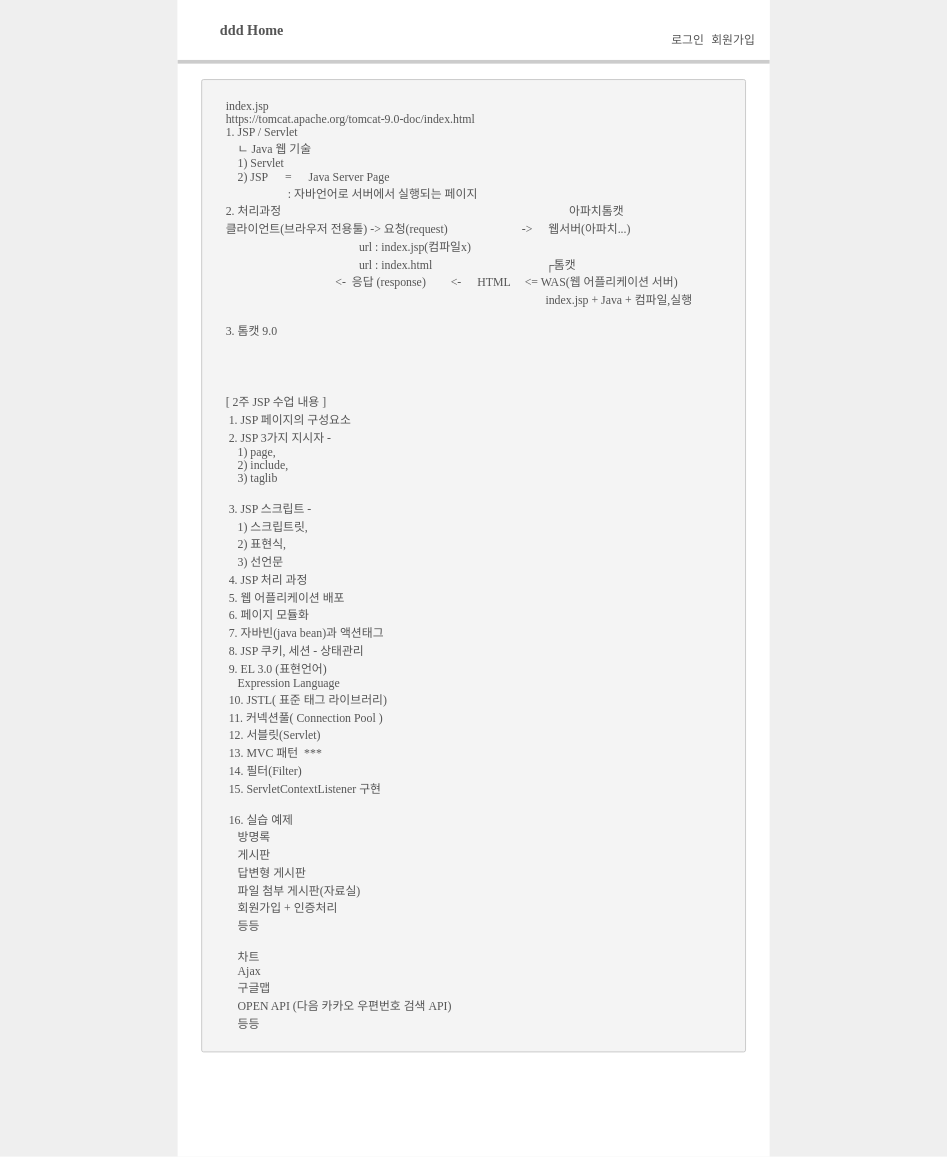
Repository: Deneb0000/JSP
Page: http://localhost/jspPro/index.jsp
The author's editor kept a copy of each file at every save. The page is drawn from the files as they stood at one save, then again after the next save.
The browser window is 1280 px wide. The pictures show the whole page, at 74% of full size.
Some web fonts or font styles are not loaded; a fallback is used. The page is served by Tomcat 9. Other server files are loaded and not shown.

Above is the page before, as saved 2024-10-15 02:06:08.

### jspPro/src/main/webapp/index.jsp
<%@ page contentType="text/html; charset=EUC-KR" pageEncoding="EUC-KR"%>
<!DOCTYPE html>
<html>
<head>
<meta charset="EUC-KR">
<title>Insert title here</title>
<link rel="shortcut icon" type="image/x-icon" href="http://localhost/jspPro/images/SiSt.ico">
<script src="https://ajax.googleapis.com/ajax/libs/jquery/3.7.1/jquery.min.js"></script>
<meta name="viewport" content="width=device-width, initial-scale=1.0">
<meta name="google" content="notranslate">
<link rel="stylesheet" href="http://localhost/jspPro/resources/cdn-main/example.css">
<script src="http://localhost/jspPro/resources/cdn-main/example.js"></script>
<style>
 span.material-symbols-outlined{
    vertical-align: text-bottom;
 }
</style>
</head>
<body>
<header>
  <h1 class="main"><a href="#" style="position: absolute;top:30px;">ddd Home</a></h1>
  <ul>
    <li><a href="#">로그인</a></li>
    <li><a href="#">회원가입</a></li>
  </ul>
</header>
<div>
  <xmp class="code">
    index.jsp
    https://tomcat.apache.org/tomcat-9.0-doc/index.html
    1. JSP / Servlet
    	ㄴ Java 웹 기술
    	1) Servlet
    	2) JSP	=	Java Server Page
    			 : 자바언어로 서버에서 실행되는 페이지
    2. 처리과정													아파치톰캣
    클라이언트(브라우저 전용툴) -> 요청(request)				->	 웹서버(아파치...)
    						 url : index.jsp(컴파일x)
    						 url : index.html			  		┌톰캣
    					 <-  응답 (response)	<-	 HTML	 <= WAS(웹 어플리케이션 서버)
    					 									index.jsp + Java + 컴파일,실행

    3. 톰캣 9.0




    [ 2주 JSP 수업 내용 ]
     1. JSP 페이지의 구성요소
     2. JSP 3가지 지시자 -
        1) page,
        2) include,
        3) taglib

     3. JSP 스크립트 -
        1) 스크립트릿,
        2) 표현식,
        3) 선언문
     4. JSP 처리 과정
     5. 웹 어플리케이션 배포
     6. 페이지 모듈화
     7. 자바빈(java bean)과 액션태그
     8. JSP 쿠키, 세션 - 상태관리
     9. EL 3.0 (표현언어)
        Expression Language
     10. JSTL( 표준 태그 라이브러리)
     11. 커넥션풀( Connection Pool )
     12. 서블릿(Servlet)
     13. MVC 패턴  ***
     14. 필터(Filter)
     15. ServletContextListener 구현

     16. 실습 예제
        방명록
        게시판
        답변형 게시판
        파일 첨부 게시판(자료실)
        회원가입 + 인증처리
        등등

        차트
        Ajax
        구글맵
        OPEN API (다음 카카오 우편번호 검색 API)
        등등
  </xmp>
</div>
</body>
</html>

### jspPro/src/main/webapp/resources/cdn-main/example.css
@charset "UTF-8";

@import url('https://fonts.googleapis.com/css2?family=Material+Symbols+Outlined:opsz,wght,FILL,GRAD@20..48,100..700,0..1,-50..200');

@font-face {
    font-family: 'GmarketSansMedium';
    src: url('https://cdn.jsdelivr.net/gh/projectnoonnu/noonfonts_2001@1.1/GmarketSansMedium.woff') format('woff');
    font-weight: normal;
    font-style: normal;
}

:root {
	--text-color: #555;
	--sub-text-color: #777;
	--back-color: #EFEFEF;
	--header-color: #444;
	--primary-color: #DEDEDE;
	--secondary-color: #EFEFEF;
	--default-width: 800px;
	--narrow-width: 500px;
	--wide-width: 1200px;
	--text-font: 'GmarketSansMedium';
	--icon-font: 'Material Symbols Outlined';
	--border-color: #CCC;
}

html, body {
	margin: 0;
	padding: 0;
}

html {
	background-color: var(--back-color);
	display: flex;
	justify-content: center;
	min-height: 100vh;
}

body, body.default {
	width: var(--default-width);
	background-color: white;
	padding-bottom: 120px;
}

body.wide {
	width: var(--wide-width);
}

body.narrow {
	width: var(--narrow-width);
}



body, p, div, span, a, input, select, option, textarea, button, table, th, td, label, fieldset, legend {
	font-family: var(--text-font);
	color: var(--text-color);
}

h1, h2, h3 {
	font-family: var(--text-font);
	color: var(--header-color);
	padding: 0 1rem;
	padding-top: .5rem;
}

div > h1, div > h2, div > h3 {
	padding: 0;
}

body > div, body > main > div {
	padding: 0.3rem 1rem;
}


h1 { font-size: 2rem; border-bottom: 1px solid var(--border-color); }
h1 small { font-size: 1.2rem; color: var(--sub-text-color); }
h2 { font-size: 1.5rem; border-bottom: 1px dashed var(--border-color); }
h2 small { font-size: 1.1rem; color: --sub-text-color; }
h3 { font-size: 1.2rem; }
h3 small { font-size: 1rem; color: --sub-text-color; }



h1.main::before {
	font-family: var(--icon-font);
  	content: '\e666';
  	margin-right: 10px;
  	float: left;
	font-size: 2.5rem;
}

h1.sub::before {
	font-family: var(--icon-font);
  	content: '\ea19';
  	margin-right: 10px;
  	float: left;
	font-size: 2.5rem;
}


h1.page::before {
	font-family: var(--icon-font);
  	content: '\e0e0';
  	margin-right: 10px;
  	float: left;
	font-size: 2.5rem;
}

body > header > ul > li > .active{
	background-color: #FFF;
	color:#F00;
}

body > header {
	display: flex;
	justify-content: space-between;
	border-bottom: 5px solid var(--border-color);
	min-height: 74px;
	background-color: #FFF;
}

body > header.sticky {
	position: sticky;
	top: 0;
	z-index: 98;
}

body > header > h1 {
	font-size: 1.2rem;
	border: 0;
}

body > header.in > h1::before {
	font-family: var(--icon-font);
  	content: '\e332‥';
  	margin-right: 3px;
  	float: left;
	font-size: 2rem;
}


body > header > ul {
	list-style-type: none;
	display: flex;
	align-items: flex-end;
	margin-right: 10px;
}

body > header > ul > li {
	margin-right: 10px;
	cursor: pointer;
}

body > header > ul > li > a {
	cursor: pointer;
}


form {
	display: block;
}

form > div {
	padding: 0.3rem 1rem;
}

div > form > div {
	padding: 0.3rem 0;
}

input, textarea, button, select {
	border: 1px solid #BBB;
	border-radius: 3px;
	outline: none;
	resize: none;
	padding: 7px;
	margin: 0;
}

input[type=text]:read-only, textarea:read-only {
	cursor: not-allowed;
	background-color: #FFF;
}

input[type=text]:disabled, textarea:disabled {
	cursor: not-allowed;
	background-color: #EEE;
}

input[type=text], input[type=password], textarea, button, select {
	/* width: 300px; */
}

textarea {
	display: block;
	height: 100px;
}

input[type=button], input[type=submit], button {
	/* width: inherit; */
}

input.short, textarea.short, button.short, select.short {
	width: 100px;
}

input.long, textarea.long, button.long, select.long {
	width: 350px;
}

.narrow input.long, .narrow textarea.long, .narrow button.long, .narrow select.long {
	width: calc(100% - 20px);
}

input.full, textarea.full, button.full, select.full {
	width: calc(100% - 20px);
}

textarea.short {
	height: 50px;
}

textarea.long {
	height: 100px;
}

textarea.full {
	height: 200px;
}

input, textarea {
	padding-top: 8px;
}

input[type=button], input[type=submit], button {
	padding: 5px 10px;
	background-color: var(--secondary-color);
	cursor: pointer;
	min-height: 36px;
}

input[type=button].primary, input[type=submit].primary, button.primary {
	/* background-color: rgba(100, 149, 237, .2); */
	background-color: var(--primary-color);
}

input[type=button].primary:hover, input[type=submit].primary:hover, button.primary:hover {
	/* background-color: rgba(100, 149, 237, .3); */
	background-color: var(--secondary-color);
}

input[type=button]:hover, input[type=submit]:hover, button:hover {
	background-color: var(--primary-color);
}

button {
	position: relative;
	left: 0;
	top: 0;
	padding-left: 35px;
}

button .material-symbols-outlined {
	position: absolute;
	left: 10px;
	top: 4px;
}

/* k2nik add */
button.login::before {
	font-family: var(--icon-font);
  	content: '\ea77';
	position: absolute;
	left: 11px;
	top: 4px;
	font-size: 1.25rem;
}

/* k2nik logout */
button.logout::before {
	font-family: var(--icon-font);
  	content: '\e9ba';
	position: absolute;
	left: 11px;
	top: 4px;
	font-size: 1.25rem;
}

/* k2nik help */
button.help::before {
	font-family: var(--icon-font);
  	content: '\f1c0';
	position: absolute;
	left: 11px;
	top: 4px;
	font-size: 1.25rem;
}

button.add::before{
	font-family: var(--icon-font);
  	content: '\e746';
	position: absolute;
	left: 11px;
	top: 4px;
	font-size: 1.25rem;
}

button.back::before {
	font-family: var(--icon-font);
  	content: '\e166';
	position: absolute;
	left: 11px;
	top: 4px;
	font-size: 1.25rem;
}

button.list::before {
	font-family: var(--icon-font);
  	content: '\e0ee';
	position: absolute;
	left: 11px;
	top: 4px;
	font-size: 1.25rem;
}


button.del::before {
	font-family: var(--icon-font);
  	content: '\e872';
	position: absolute;
	left: 11px;
	top: 4px;
	font-size: 1.25rem;
}


button.edit::before {
	font-family: var(--icon-font);
  	content: '\e745';
	position: absolute;
	left: 11px;
	top: 4px;
	font-size: 1.25rem;
}


button.login::before {
	font-family: var(--icon-font);
  	content: '\ea77';
	position: absolute;
	left: 11px;
	top: 4px;
	font-size: 1.25rem;
}


button.logout::before {
	font-family: var(--icon-font);
  	content: '\e9ba';
	position: absolute;
	left: 11px;
	top: 4px;
	font-size: 1.25rem;
}


button.in::before {
	font-family: var(--icon-font);
  	content: '\f71a';
	position: absolute;
	left: 11px;
	top: 4px;
	font-size: 1.25rem;
}


button.out::before {
	font-family: var(--icon-font);
  	content: '\f70e';
	position: absolute;
	left: 11px;
	top: 4px;
	font-size: 1.25rem;
}


button.reply::before {
	font-family: var(--icon-font);
  	content: '\e15e';
	position: absolute;
	left: 11px;
	top: 4px;
	font-size: 1.25rem;
}


button.comment::before {
	font-family: var(--icon-font);
  	content: '\e0b9';
	position: absolute;
	left: 11px;
	top: 4px;
	font-size: 1.25rem;
}


button.modal::before {
	font-family: var(--icon-font);
  	content: '\e89e';
	position: absolute;
	left: 11px;
	top: 4px;
	font-size: 1.25rem;
}


button.ok::before {
	font-family: var(--icon-font);
  	content: '\e86c';
	position: absolute;
	left: 11px;
	top: 4px;
	font-size: 1.25rem;
}


button.cancel::before {
	font-family: var(--icon-font);
  	content: '\e5c9';
	position: absolute;
	left: 11px;
	top: 4px;
	font-size: 1.25rem;
}

button.search::before {
	font-family: var(--icon-font);
  	content: '\e8b6';
	position: absolute;
	left: 11px;
	top: 4px;
	font-size: 1.25rem;
}

button.home::before {
	font-family: var(--icon-font);
  	content: '\e88a';
	position: absolute;
	left: 11px;
	top: 4px;
	font-size: 1.25rem;
}


button.sidebar::before {
	font-family: var(--icon-font);
  	content: '\f7e4';
	position: absolute;
	left: 11px;
	top: 4px;
	font-size: 1.25rem;
}


button.sidebar-right::before {
	font-family: var(--icon-font);
  	content: '\f7e5';
	position: absolute;
	left: 11px;
	top: 4px;
	font-size: 1.25rem;
}




button::before {
	font-family: var(--icon-font);
  	content: '\e323';
	position: absolute;
	left: 11px;
	top: 4px;
	font-size: 1.25rem;
}


table {
	border-collapse: collapse;
	margin: 1rem;
	box-sizing: border-box;
	width: calc(100% - 32px);
}

table.content {
	width: auto;
}

div > table {
	margin: 0;
}

table th, table td {
	border: 1px solid var(--border-color);
	padding: 7px;
	font-weight: normal;
}

table th {
	background-color: var(--back-color);
}

table.vertical th {
	width: 150px;
}

table.vertical td {
	width: calc(100% - 182px);
	padding-left: 10px;
}

table.content td, table.content th {
	width: auto;
}

body.narrow table.vertical th {
	width: 100px;
}

body.narrow table.vertical td {
	width: calc(100% - 182px);
}


table + table {
	margin-top: 30px;
}


p {
	padding: 0 1rem;
}

a {
	text-decoration: none;
}

a:hover {
	color: rgba(255, 99, 71, .7);
}

hr {
	border: 0;
	border-top: 1px solid var(--border-color);
	margin: 2rem 0;
}

.message {
	border: 1px solid var(--border-color);
	background-color: #EFEFEF;
	margin: 1rem;
	width: auto;
	padding-top: 10px;
	padding-bottom: 10px;
	font-size: 14px;
}

.message[title]::before {
	content: attr(title);
	display: block;
	border-bottom: 1px solid var(--border-color);
	padding-bottom: 5px;
	margin-bottom: 10px;
	margin-top: 7px;
}

.message.short {
	max-width: 250px;
}

.message.long {
	max-width: 500px;
}

.badge {
	float: right;
	font-size: .8rem;
	margin-top: 2px;
	margin-right: 2px;
	text-shadow: 0 0 7px gray;
}

.badge.left {
	float: none;
	margin-left: 2px;
}

.badge.right {
	float: right;
}

.badge.red {
	border-radius: 50%;
	padding: 2px 5px;
	background-color: rgb(255, 99, 71, .3);
}

.badge.yellow {

	border-radius: 50%;
	padding: 2px 5px;
	background-color: rgb(255, 215, 0, .5);
}

.badge.blue {
	border-radius: 50%;
	padding: 2px 5px;
	background-color: rgb(100, 149, 237, .3);
}

label + label {
	margin-left: 7px;
}

label input[type=checkbox], label input[type=radio] {
	transform: translate(0, 1px);
}

.group {
	display: flex;
}

.modal-content .group {
	margin-bottom: .5rem;
}

.group label {
	border: 1px solid #BBB;
	border-radius: 3px;
	outline: none;
	resize: none;
	padding: 7px 14px;
	margin: 0;
	border-top-right-radius: 0;
	border-bottom-right-radius: 0;
	background-color: #EFEFEF;
	white-space: nowrap;
	font-size: 14px;
}

.group input[type=text] {
	margin-left: -1px;
	border-top-left-radius: 0;
	border-bottom-left-radius: 0;
}

.group select {
	margin-left: -1px;
	border-top-left-radius: 0;
	border-bottom-left-radius: 0;
}

.group input.full[type=text] {
	margin-left: -1px;
	border-top-left-radius: 0;
	border-bottom-left-radius: 0;
	width: 100%;
}

.group input[type=button]:first-child, .group button:first-child {
	border-top-left-radius: 3px;
	border-bottom-left-radius: 3px;
	margin-left: 0px;
}

.group input[type=button], .group button {
	border-radius: 0;
	margin-left: -1px;
}

.group input[type=button]:last-child, .group button:last-child {
	margin-left: -1px;
	border-top-right-radius: 3px;
	border-bottom-right-radius: 3px;
}

.seperate {
	display: flex;
	justify-content: space-between;
}

div.list {
	width: max-content;
	margin: 1rem;
	border: 1px solid #BBB;
	border-radius: 3px;
	padding: 0;
}

div.list.full {
	width: auto;
	display: block;
	margin: 1rem;
	border: 1px solid #BBB;
	border-radius: 3px;
	padding: 0;
}

div.list > div {
	padding: .5rem 1rem;
	margin: 0;
	border-bottom: 1px solid #BBB;
}

div.list > div:last-child {
	border-bottom: 0;
}

pre.code , xmp.code{
	font-family: consols;
	background-color: rgba(150, 150, 150, .1);
	border: 1px solid #BBB;
	border-radius: 3px;
	padding: .5rem 1rem;
	padding-bottom: .6rem;
	margin: 1rem;
}




*[data-modal-window] {
	position: fixed;
	background-color: rgba(0, 0, 0, .3);
	left: 0;
	top: 0;
	display: none;
	justify-content: center;
	align-items: flex-start;
	width: 100%;
	min-height: 100vh;
	z-index: 100;
	opacity: 0;
	transition: 500ms all;
}

*[data-modal-window] .modal-container {
	border-radius: 5px;
	padding: 1rem;
	padding-bottom: .5rem;
	margin-top: -500px;
	opacity: 0;
	width: 500px;
	background-color: #FFF;
	margin-right: 2rem;
	transition: 500ms all;
}

*[data-modal-size=content] .modal-container {
	width: auto;
}

*[data-modal-size=narrow] .modal-container {
	width: 300px;
}

*[data-modal-size=wide] .modal-container {
	width: 760px;
}


*[data-modal-window] .modal-header {
	border-bottom: 1px solid var(--border-color);
	padding: 2px 5px;
}

*[data-modal-window] .modal-content {
	padding: 1rem 5px;
}

*[data-modal-window] .modal-content div:last-child {
	margin-top: 1rem;
	text-align: right;
}



*[data-sidebar-window] {
	position: fixed;
	background-color: #FFF;
	left: 0;
	top: 0;
	display: block;
	width: 300px;
	border-right: 1px solid var(--border-color);
	box-sizing: border-box;
	box-shadow: 0 0 3px var(--back-color);
	min-height: 100vh;
	z-index: 99;
	transform: translate(-300px, 0);
	transition-duration: 500ms;
	transition-property: transform;
}

*[data-sidebar-direction=right] {
	left: auto;
	right: 0;
	transform: translate(300px, 0);
	border-left: 1px solid var(--border-color);
}

*[data-sidebar-size=wide] {
	width: 500px;
	transform: translate(-500px, 0);
}

*[data-sidebar-window] .sidebar-title {
	border-bottom: 1px solid var(--border-color);
	margin-top: 20px;
	margin-bottom: 20px;
	padding-bottom: 5px;
	display: flex;
	justify-content: space-between;
}

*[data-sidebar-window] .sidebar-title span:last-child {
	cursor: pointer;
}


/* K2Nik pagination */
.center {
  text-align: center;
}

.pagination {
  display: inline-block;
}

.pagination a {
  color: black;
  float: left;
  padding: 3px 6px;
  text-decoration: none;
  transition: background-color .3s;
  border: 1px solid #ddd;
  margin: 0 3px;
}

.pagination a.active {
  background-color: #4CAF50;
  color: white;
  border: 1px solid #4CAF50;
}

.pagination a:hover:not(.active) {background-color: #ddd;}

### jspPro/src/main/webapp/resources/cdn-main/example.js

window.onload = () => {

    const list = document.querySelectorAll('input, textarea');

    list.forEach(item => {
        item.setAttribute('autocomplete', 'off');
    });


    const modal_btn_list = document.querySelectorAll('*[data-modal-button]');

    modal_btn_list.forEach(item => {
        item.onclick = function() {

            const name = this.dataset['modalButton'];
            const modal_window = document.querySelector('*[data-modal-window=' + name);

            const container = document.createElement('div');
            container.className = 'modal-container';



            const modal_header = document.createElement('div');
            modal_header.textContent = modal_window.dataset['modalTitle'];
            modal_header.className = 'modal-header';
            container.appendChild(modal_header);

            const modal_content = document.createElement('div');
            modal_content.className = 'modal-content';
            container.appendChild(modal_content);

            Array.from(modal_window.childNodes).forEach(item => {
                modal_content.appendChild(item);
            });

            modal_window.appendChild(container);

            modal_window.style.display = 'flex';

            setTimeout(() => {
                modal_window.style.opacity = 1;
                container.style.marginTop = '20px';
                container.style.opacity = 1;
            }, 50);


            const modal_ok = document.querySelector('*[data-modal-ok=' + name);
            modal_ok.addEventListener('click', function() {
                modal_window.style.opacity = 0;
                container.style.marginTop = '-500px';
                container.style.opacity = 0;

                setTimeout(() => {
                    modal_window.innerHTML = modal_content.innerHTML;
                    modal_window.style.display = 'none';
                }, 500);

            });

            const modal_cancel = document.querySelector('*[data-modal-cancel=' + name);
            modal_cancel.addEventListener('click', function() {

                modal_window.style.opacity = 0;
                container.style.marginTop = '-500px';
                container.style.opacity = 0;

                setTimeout(() => {
                    modal_window.innerHTML = modal_content.innerHTML;
                    modal_window.style.display = 'none';
                }, 500);
            });


        };
    });


    const sidebar_btn_list = document.querySelectorAll('*[data-sidebar-button]');

    sidebar_btn_list.forEach(item => {
        item.onclick = function() {



            const name = this.dataset['sidebarButton'];
            const sidebar_window = document.querySelector('*[data-sidebar-window=' + name);

            if (sidebar_window.style.transform == 'translate(0px, 0px)') return;



            sidebar_window.style.transform = 'translate(0, 0)';

            const sidebar_title = document.createElement('div');
            sidebar_title.className = 'sidebar-title';
            sidebar_title.innerHTML = '<span>' + sidebar_window.dataset['sidebarTitle'] + '</span><span class="material-symbols-outlined">close</span>';

            sidebar_title.children[1].onclick = function() {

                let sign = 1;
                let distance = 300;

                if (sidebar_window.dataset['sidebarDirection'] != 'right') {
                    sign = -1;
                } else {
                    sign = 1;
                }

                if (sidebar_window.dataset['sidebarSize'] != 'wide') {
                    distance = 300;
                } else {
                    distance = 500;
                }

                distance *= sign;

                sidebar_window.style.transform = 'translate(' + distance + 'px, 0)';

                setTimeout(function() {
                    sidebar_window.removeChild(sidebar_window.children[0]);
                }, 500);
            };


            sidebar_window.prepend(sidebar_title);

        }
    });

};

// window.onkeydown = function(event) {

//     if (event.keyCode == 27) {
//         if (document.querySelector('[data-modal-window').style.display == 'flex') {
//             document.querySelector('[data-modal-window').style.display = 'none';
//         }
//     }

// };

After the next save:
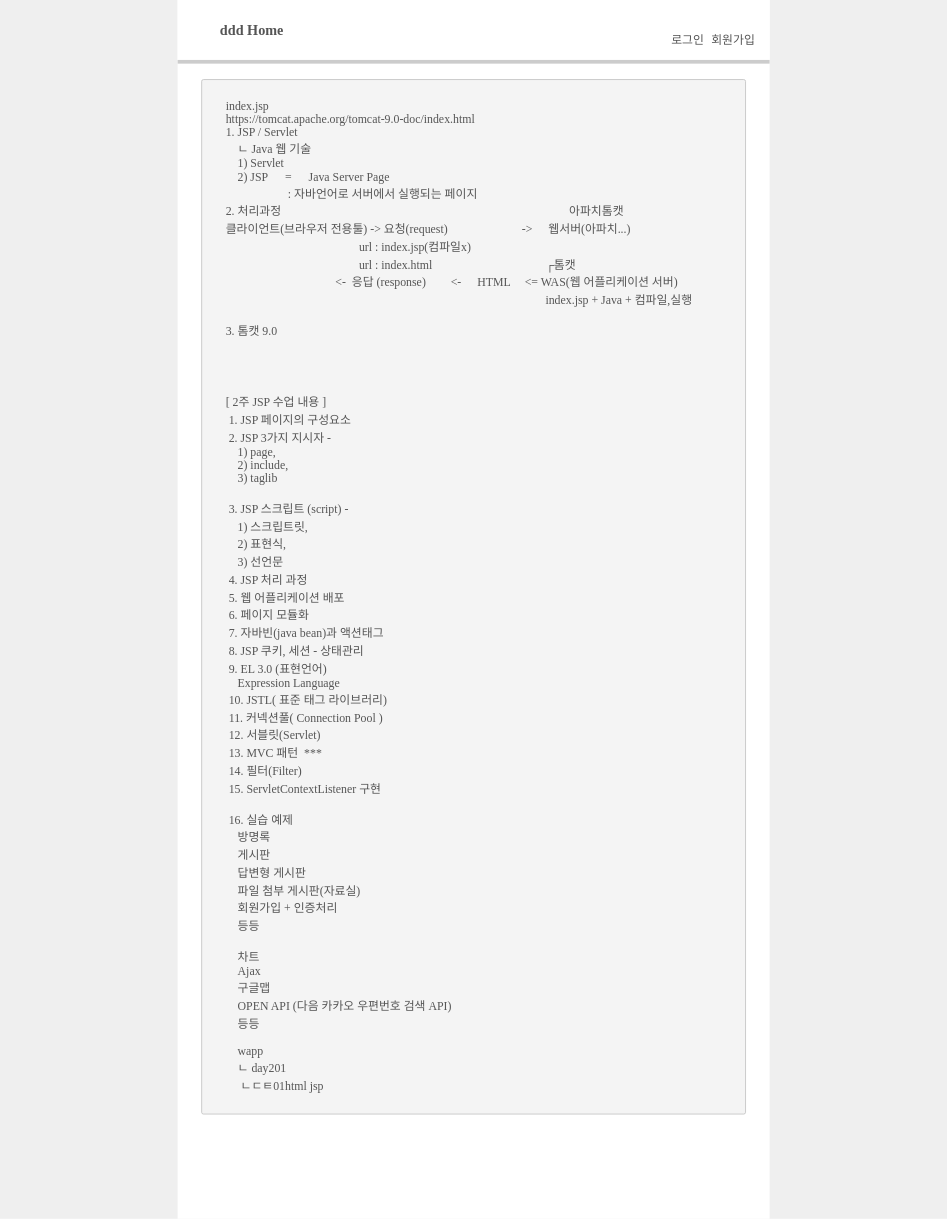
Saved 4 min 0 s later.
--- a/jspPro/src/main/webapp/index.jsp
+++ b/jspPro/src/main/webapp/index.jsp
@@ -52,7 +52,7 @@
         2) include,
         3) taglib
 
-     3. JSP 스크립트 -
+     3. JSP 스크립트 (script) -
         1) 스크립트릿,
         2) 표현식,
         3) 선언문
@@ -83,6 +83,10 @@
         구글맵
         OPEN API (다음 카카오 우편번호 검색 API)
         등등
+
+        wapp
+        ㄴ day201
+         ㄴㄷㅌ01html jsp
   </xmp>
 </div>
 </body>
